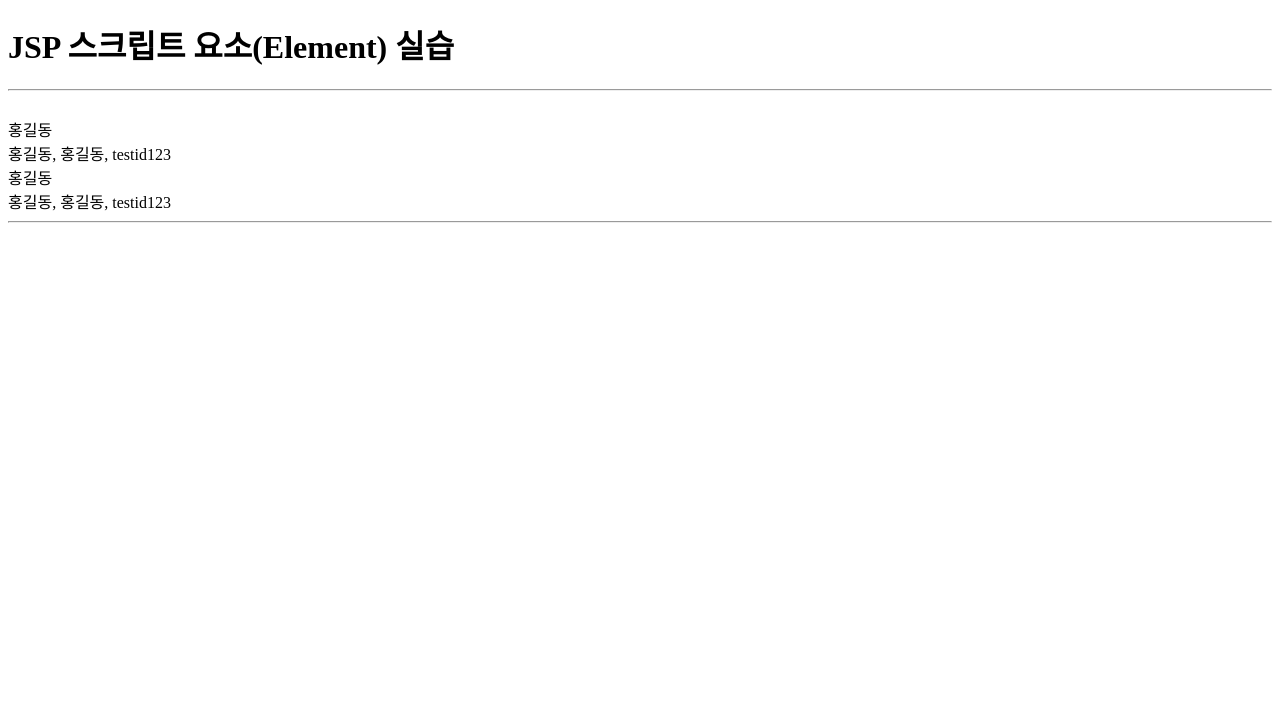
Repository: pcc767/khSchool
Page: http://localhost/04_JSP/views/element/index.jsp
These files come from the project's save history. The page is drawn as it stood at one moment and after a run of saves; the edit follows.
The browser window is 1280 px wide. The pictures show the whole page.
The page is served by Tomcat 9.

Above is the page before, as saved 2022-07-13 10:25:22.

After the next 2 saves:
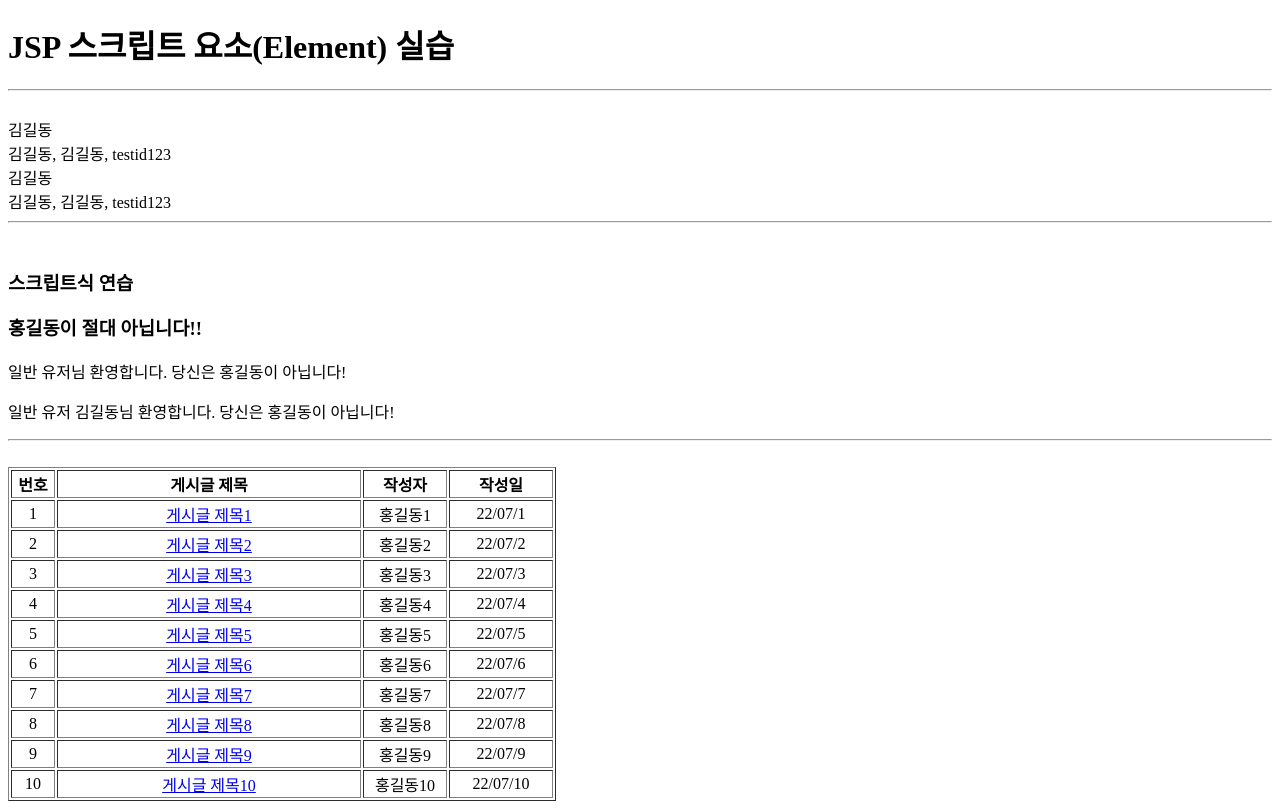
The 2 saves are shown as one change because 1 did not build or start.
The last was saved 15 min 20 s later.
--- a/dev-source_Servlet/04_JSP/src/main/webapp/views/element/index.jsp
+++ b/dev-source_Servlet/04_JSP/src/main/webapp/views/element/index.jsp
@@ -5,17 +5,21 @@
 <head>
 <meta charset="UTF-8">
 <title>Insert title here</title>
+	<style>
+		td{
+			text-align: center;
+		}
+	</style>
 </head>
 <body>
-
-	<!-- HTML 주석 : 일반 브라우저에서 사용자도 소스코드 보기로 볼 수 있다. -->
-	<%-- JSP 주석 : JSP에서만 보여지는 주석, 자바코드나 HTML에서는 노출되지 않음. --%>
+	<!-- HTML 주석 : 일반 브라우저에서 사용자도 소스코드 보기로 볼수 있다. -->
+	<%-- JSP 주석 : JSP에서만 보여지는 주석, Java코드나 HTML에는 노출되지 않음 --%>
 
 	<h1>JSP 스크립트 요소(Element) 실습</h1>
 	<!-- 선언부 사용법 -->
-	<%! //멤버변수나 메소드 선언가능
+	<%! // 멤버변수나 메소드 선언 가능
 		public static final String TEST_ID = "testid123";
-		public String userName = "홍길동";
+		public String userName = "김길동";
 
 		public String getName(){
 			return this.userName;
@@ -23,20 +27,80 @@
 	%>
 	<hr><br>
 
-	<%-- 출력부 기본꼴(★★★★★★★추천) --%>
+	<%-- 출력부 기본꼴 (★★★★★추천!!) --%>
 	<%= userName %><br>
 
-	<%-- 복잡한 출력시 비추 --%>
-	<%= userName +", "+getName()+", "+ TEST_ID+"<br>" %>
+	<%-- 복잡한 출력식, 비추한다. --%>
+	<%= userName + ", " + getName() + ", " + TEST_ID + "<br>" %>
 
-	<%-- 스크립트식 + out 객체 활용 --%>
-	<% out.println(userName); %>
+	<%-- 스크립트식 + out 객체 활용 -> 쓰지 말 것!! --%>
+	<% out.println(userName); %><br>
 
-	<%-- java 문자열 결합이 필요할때 해결방법 --%>
-	<% String divTag =  userName +", "+getName()+", "+ TEST_ID+"<br>"; %>
+	<%-- java 문자열을 결합이 필요할때 해결방법 --%>
+	<% String divTag = userName + ", " + getName() + ", " + TEST_ID + "<br>";%>
 
-	<div><%=divTag %></div>
+	<div><%= divTag %></div>
 	<hr><br>
+
+	<!-- 일반 스크립트식(스클립틀릿) 연습 -->
+	<h3>스크립트식 연습</h3>
+	<% // 일반 Java 문법이 먹히는 영역
+		if(userName.equals("홍길동")){
+			out.append("<h3>홍길동이 맞습니다.</h3>");
+		}else{
+			out.append("<h3>홍길동이 절대 아닙니다!!</h3>");
+		}
+		// 해당 표현법은 추천하지 않는 문법!! 이렇게 쓸바에 서블릿 써라!
+	%>
+
+	<% // JSP식 1, 정적 html 표현식 사용
+		if(userName.equals("홍길동")){
+	%>
+			<p>홍길동 운영자님 환영합니다!!</p>
+	<%
+		} else {
+	%>
+			<p>일반 유저님 환영합니다. 당신은 홍길동이 아닙니다!</p>
+	<%
+		}
+	%>
+
+	<% // JSP식 2, 동적 html 표현식 사용
+		if(userName.equals("홍길동")){
+	%>
+			<p><%= userName %> 운영자님 환영합니다!!</p>
+	<%
+		} else {
+	%>
+			<p>일반 유저 <%= userName %>님 환영합니다. 당신은 홍길동이 아닙니다!</p>
+	<%
+		}
+	%>
+	<hr><br>
+
+	<!-- 게시판 실습부 -->
+	<!-- 게시판 -->
+	<table border="1">
+		<!-- 헤더부 시작 -->
+		<tr>
+			<th width="40px">번호</th>
+			<th width="300px">게시글 제목</th>
+			<th width="80px">작성자</th>
+			<th width="100px">작성일</th>
+		</tr>
+		<!-- 헤더부 종료 -->
+
+		<!-- 게시글 내용 시작 -->
+		<%for(int i = 0; i < 10; i++){ %>
+		<tr>
+			<td><%= (i+1) %></td>
+			<td> <a href="#"> <%= "게시글 제목" + (i+1) %></a></td>
+			<td><%= "홍길동" + (i+1) %></td>
+			<td><%= "22/07/"+(i+1) %></td>
+		</tr>
+		<%} %>
+		<!-- 게시글 내용 끝 -->
+	</table>
 
 </body>
 </html>
